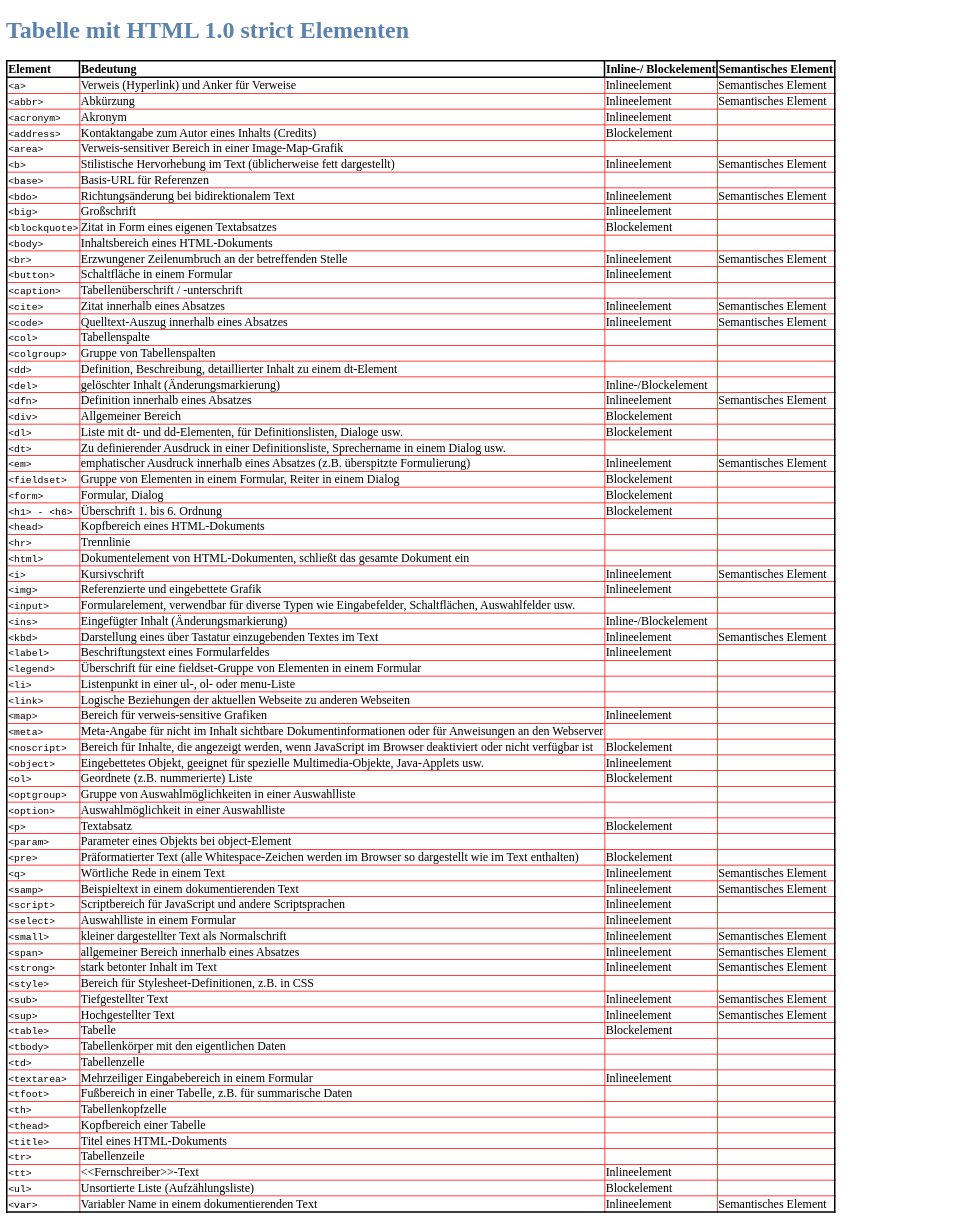
Repository: pLurchi/MyWebengineeringRepo
Page: RemoteSystemsTempFiles/HA-Kapitel06/WebContent/index.html
An editor plug-in stored every save of this project. The page is shown before and after the next save, followed by the edit.
The browser window is 1280 px wide. The pictures show the whole page, at 75% of full size.

Above is the page before, as saved 2013-11-28 19:13:01.

After the next save:
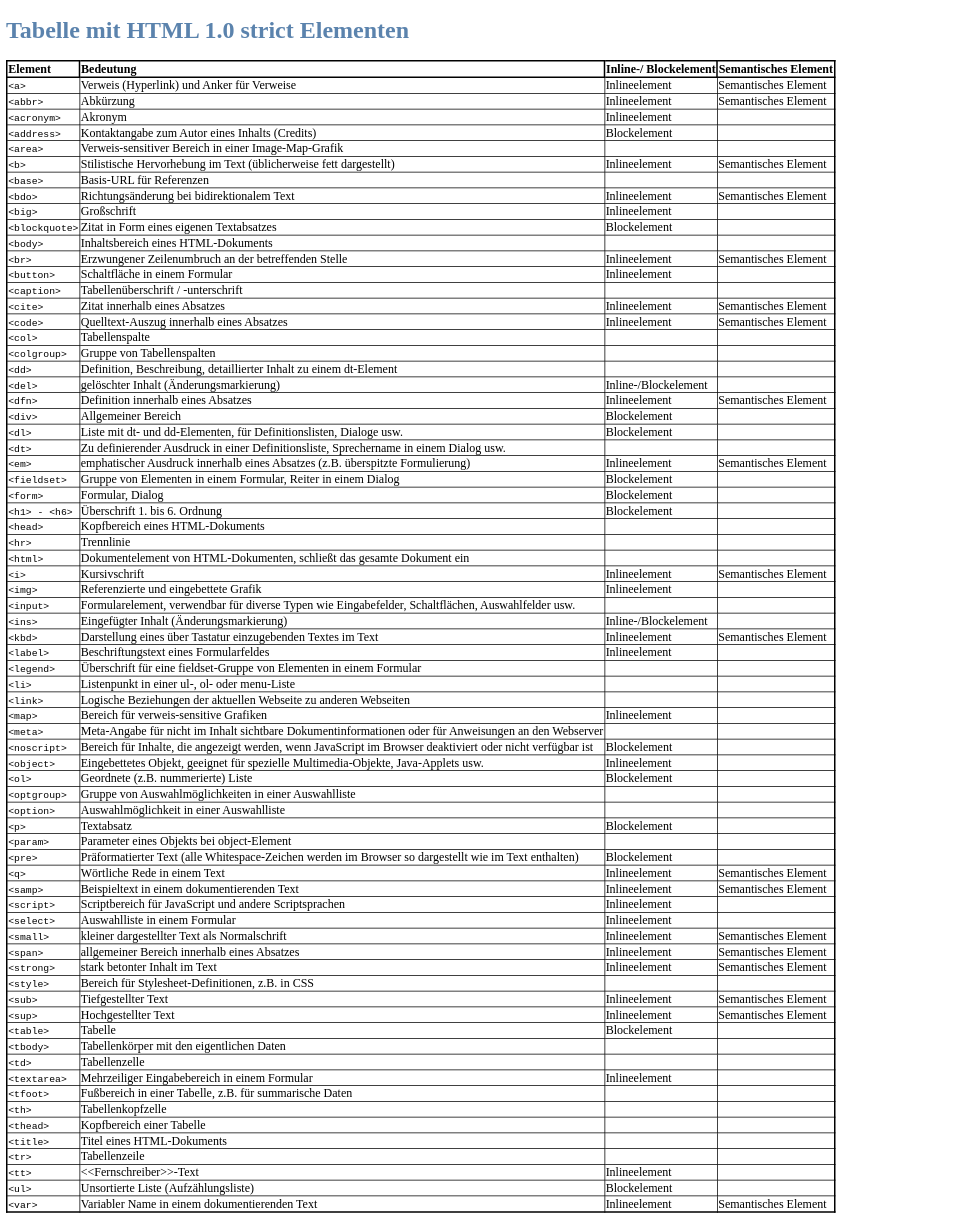
Saved 20 s later.
--- a/RemoteSystemsTempFiles/HA-Kapitel06/WebContent/CSS/stylesheet.css
+++ b/RemoteSystemsTempFiles/HA-Kapitel06/WebContent/CSS/stylesheet.css
@@ -20,7 +20,7 @@ th {
 }
 
 td {
-	border: 1px solid red;
+	border: 1px solid black;
 	text-align: left;
 	vertical-align:top;
 }
